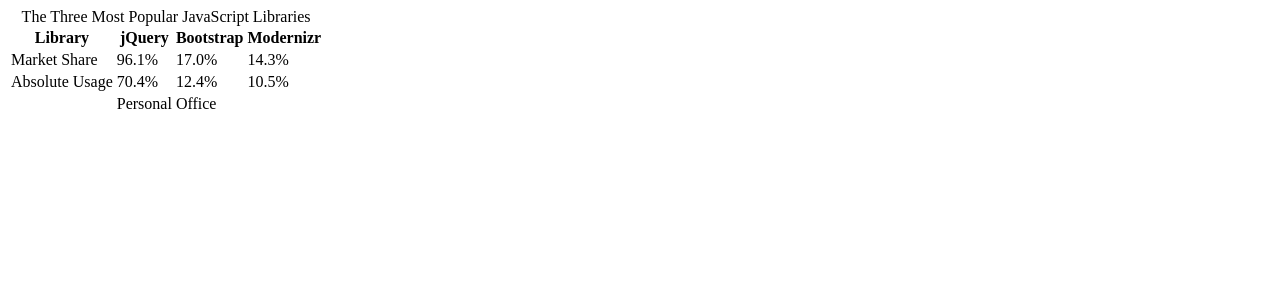
Repository: vgoins-RA2022/HTML-2
Page: index.html
An editor plug-in stored every save of this project. The page is shown before and after the next save, followed by the edit.
The browser window is 1280 px wide. The pictures show the whole page.

Above is the page before, as saved 2023-01-10 18:27:59.

After the next save:
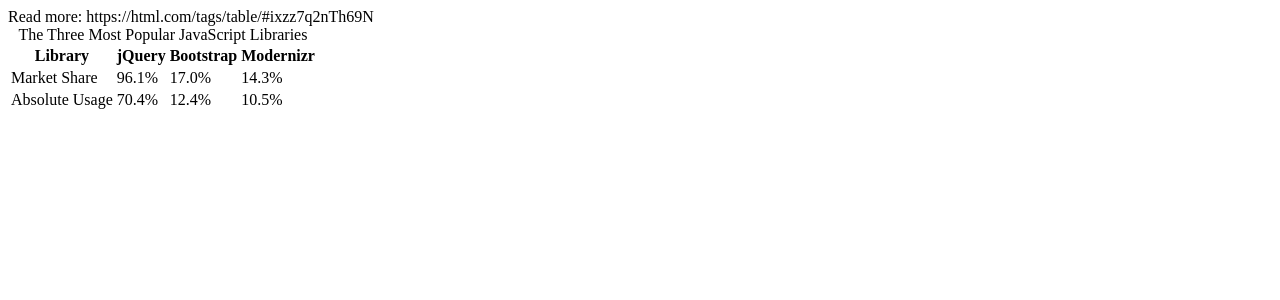
Saved 4 min 34 s later.
--- a/index.html
+++ b/index.html
@@ -13,15 +13,8 @@
 
 <body>
   <table> <caption>The Three Most Popular JavaScript Libraries</caption> <thead> <tr> <th>Library</th> <th>jQuery</th> <th>Bootstrap</th> <th>Modernizr</th> </tr> </thead> <tbody> <tr> <td>Market Share</td> <td>96.1%</td> <td>17.0%</td> <td>14.3%</td> </tr> <tr> <td>Absolute Usage</td> <td>70.4%</td> <td>12.4%</td> <td>10.5%</td> </tr> </tbody>
-  </tbody>
-    <tfoot>
-    <tr>
-      <td>&nbsp;</td>
-      <td>Personal</td>
-      <td>Office</td>
-    </tr>
-    </tfoot>
-    </table>
+
+    Read more: https://html.com/tags/table/#ixzz7q2nTh69N
 </body>
 
 
